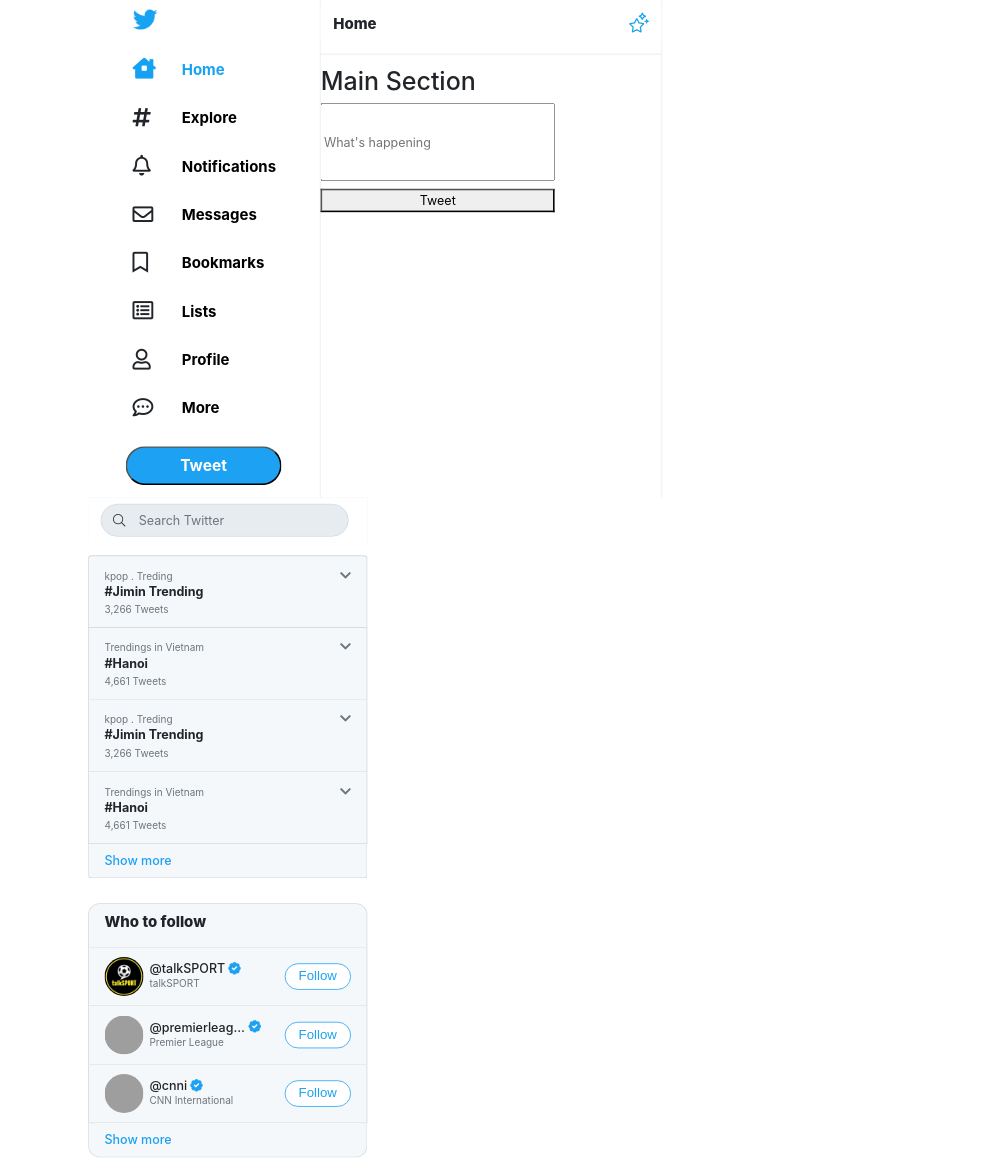
Repository: tts2610/Twitter-clone
Page: index.html
An editor plug-in stored every save of this project. The page is shown before and after the next save, followed by the edit.
The browser window is 1280 px wide. The pictures show the whole page, at 78% of full size.
Pictures or frames that could not be fetched are drawn as grey boxes.

Above is the page before, as saved 2020-05-23 15:03:36.

After the next save:
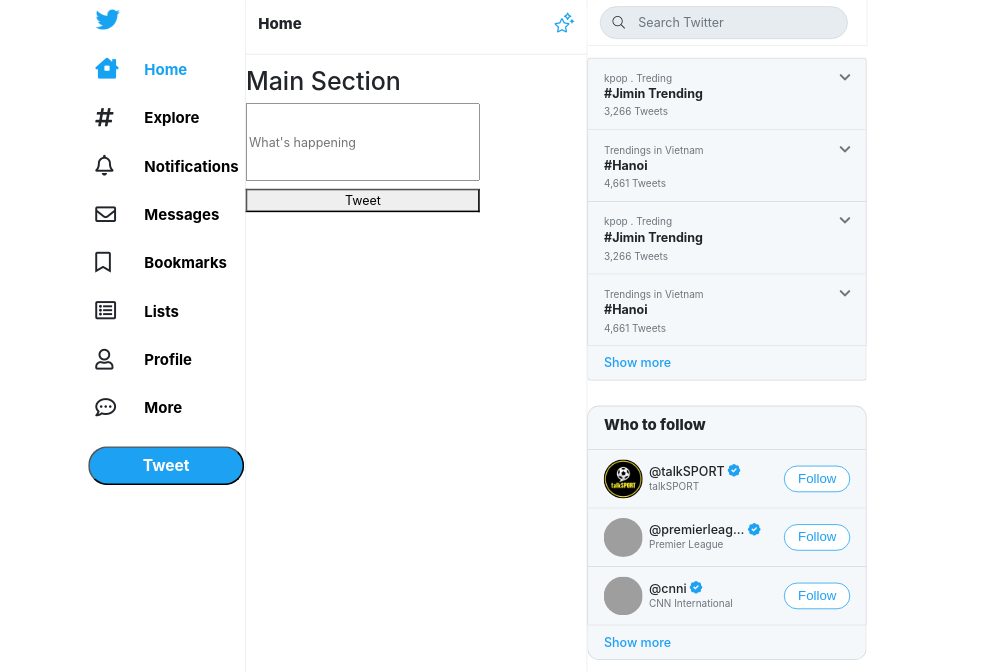
Saved 7 s later.
--- a/index.html
+++ b/index.html
@@ -27,7 +27,7 @@
 <body>
     <div class="container">
         <div class="row">
-            <div class="col-2-sm px-5">
+            <div class="col-2-sm">
                 <div class="row">
                     <div class="col"><img src="/img/twt-logo1.png" alt="twitter-logo" width="50" height="50"></div>
                 </div>
